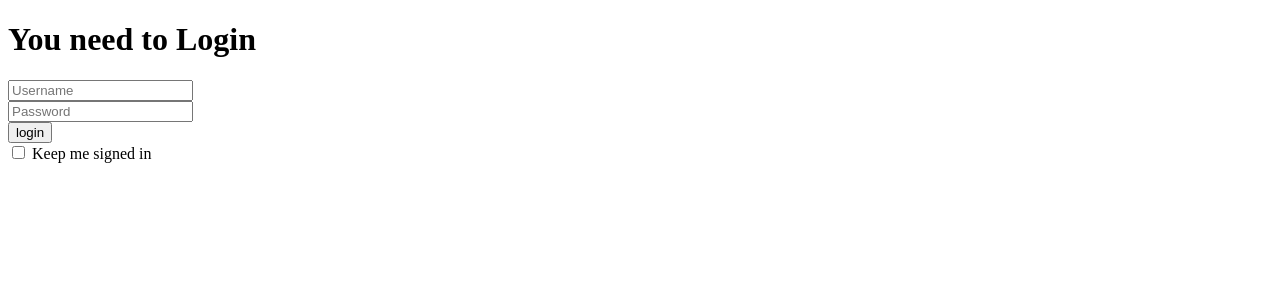
Repository: vinaykn1988/f
Page: http://localhost/14_Cookies/loginForm.jsp
These files come from the project's save history. The page is drawn as it stood at one moment and after the next save; the edit follows.
The browser window is 1280 px wide. The pictures show the whole page.
The page is served by Tomcat 9. Other server files are loaded and not shown.

Above is the page before, as saved 2015-10-17 04:40:10.

### full/CoreJava/14 Cookies/WebContent/loginForm.jsp
<%@ page language="java" contentType="text/html; charset=ISO-8859-1"
    pageEncoding="ISO-8859-1"%>
<!DOCTYPE html PUBLIC "-//W3C//DTD HTML 4.01 Transitional//EN" "http://www.w3.org/TR/html4/loose.dtd">
<html>
<head>
<meta http-equiv="Content-Type" content="text/html; charset=ISO-8859-1">
<title>Insert title here</title>
</head>
<body>
<h1>You need to Login</h1>

<form action="login" method="POST">

<div>

<input placeholder="Username" name="username" />

</div>

<div>

<input placeholder="Password" name="password"  type="password"/>

</div>

<div>
<button> login</button>
</div>


<div>
<input type="checkbox" name="remember" value="yes" /> Keep me signed in
</div>


</form>

</body>
</html>

After the next save:
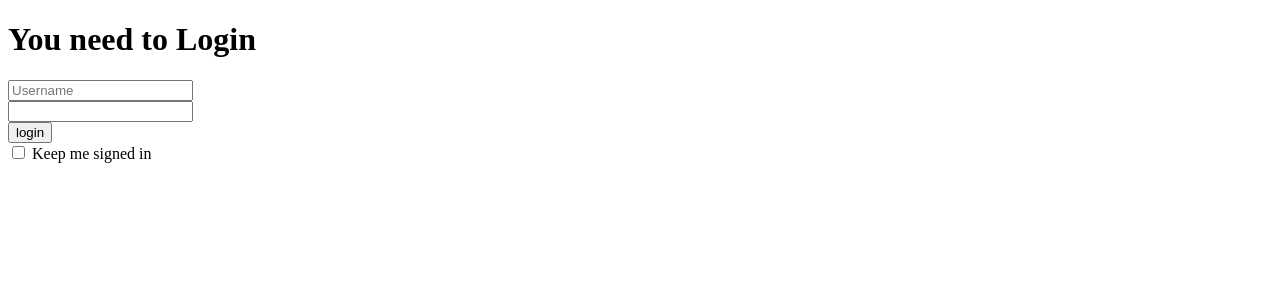
Saved 2 min 39 s later.
--- a/full/CoreJava/14 Cookies/WebContent/loginForm.jsp
+++ b/full/CoreJava/14 Cookies/WebContent/loginForm.jsp
@@ -19,7 +19,7 @@
 
 <div>
 
-<input placeholder="Password" name="password"  type="password"/>
+<input  name="password"  type="password"/>
 
 </div>
 

After the save that followed:
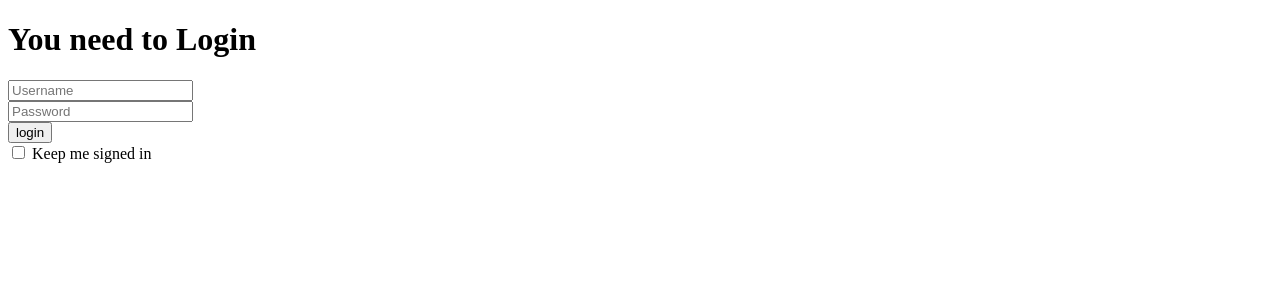
Saved 5 s later.
--- a/full/CoreJava/14 Cookies/WebContent/loginForm.jsp
+++ b/full/CoreJava/14 Cookies/WebContent/loginForm.jsp
@@ -19,7 +19,7 @@
 
 <div>
 
-<input  name="password"  type="password"/>
+<input placeholder="Password" name="password"  type="password"/>
 
 </div>
 
